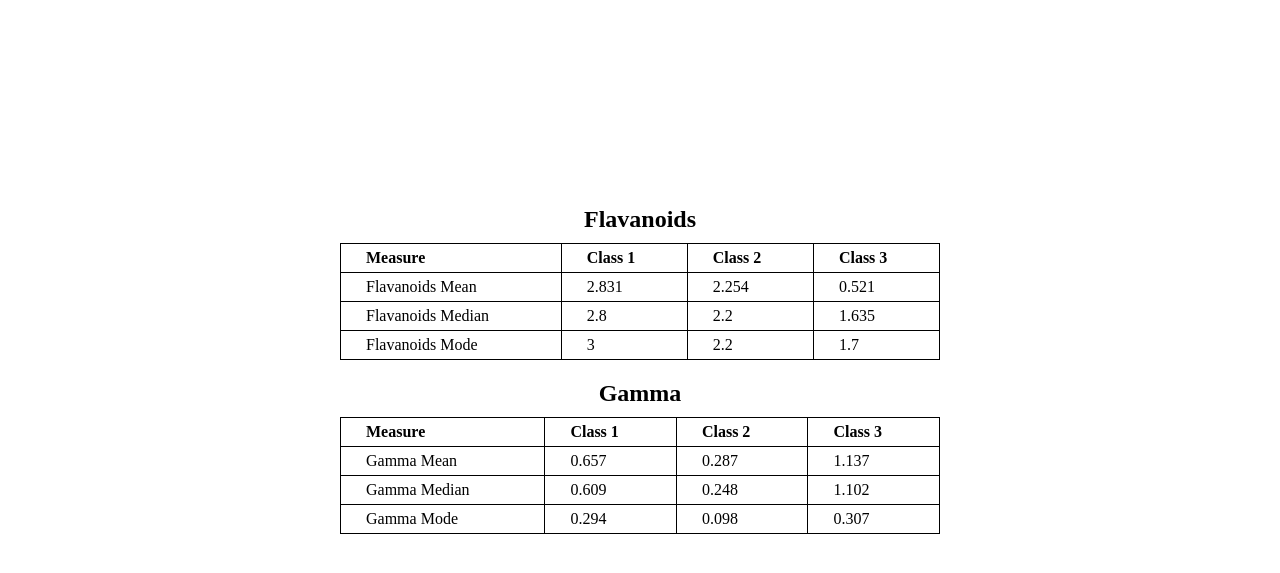
Repository: Rahul6395/WineAlcohol-Calculate
Page: /
The author's editor kept a copy of each file at every save. The page is drawn from the files as they stood at one save, then again after the next save.
The browser window is 1280 px wide. The pictures show the whole page.
The project was rebuilt for these pictures with package versions that can differ from the ones it lists, and the page was loaded fresh each time.

Above is the page before, as saved 2023-05-24 21:48:56.

After the next save:
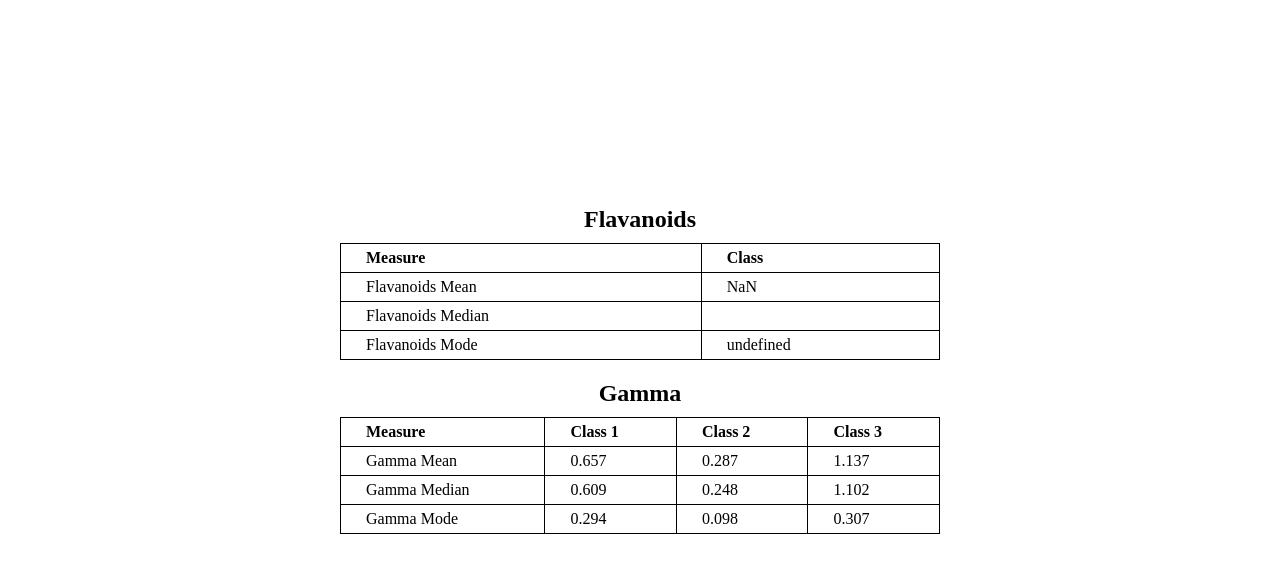
Saved 30 s later.
--- a/src/component/Flavonoid.js
+++ b/src/component/Flavonoid.js
@@ -19,7 +19,7 @@
   const classNames = [...alcohol]; // Replace with your actual class names
 
 //Mean Rahul
-let datas = [2,3,4,5,6,12,3]
+let data = [2,3,4,5,6,12,3]
 function mean(data){
   let reduce = data.reduce((a,b)=>a+b,0)
   console.log("reduce",reduce)

After the 2 saves that followed:
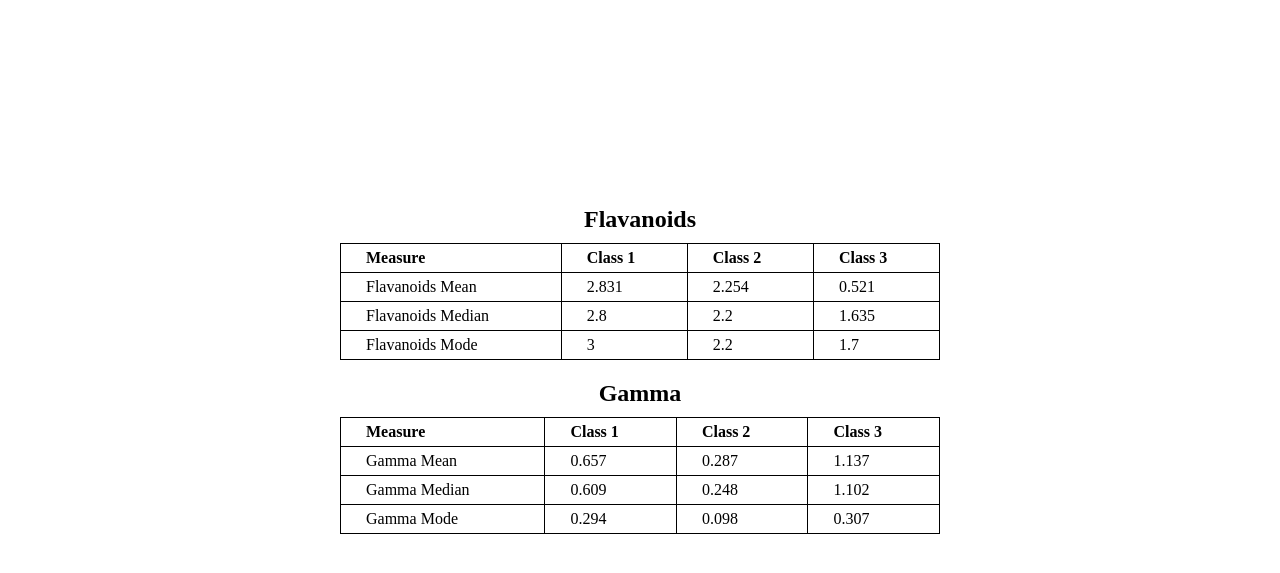
The 2 saves are shown as one change because 1 left the picture as it was.
The last was saved 3 min 27 s later.
--- a/src/component/Flavonoid.js
+++ b/src/component/Flavonoid.js
@@ -19,12 +19,12 @@
   const classNames = [...alcohol]; // Replace with your actual class names
 
 //Mean Rahul
-let data = [2,3,4,5,6,12,3]
-function mean(data){
+function mean(data,classN){
+  let dataFilter=data.filter((data)=>data.Alcohol === classN)
   let reduce = data.reduce((a,b)=>a+b,0)
-  console.log("reduce",reduce)
+  console.log("reduce",dataFilter)
 }
-mean(data)
+mean(data,classNames)
 
 
 
